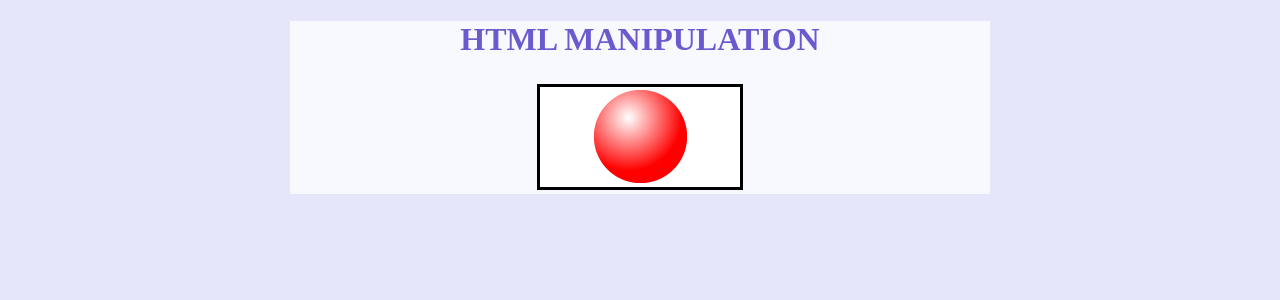
Repository: 2001mariana/jquery
Page: html-manipulation.html
These files come from the project's save history. The page is drawn as it stood at one moment and after the next save; the edit follows.
The browser window is 1280 px wide. The pictures show the whole page.

Above is the page before, as saved 2022-07-27 10:20:21.

After the next save:
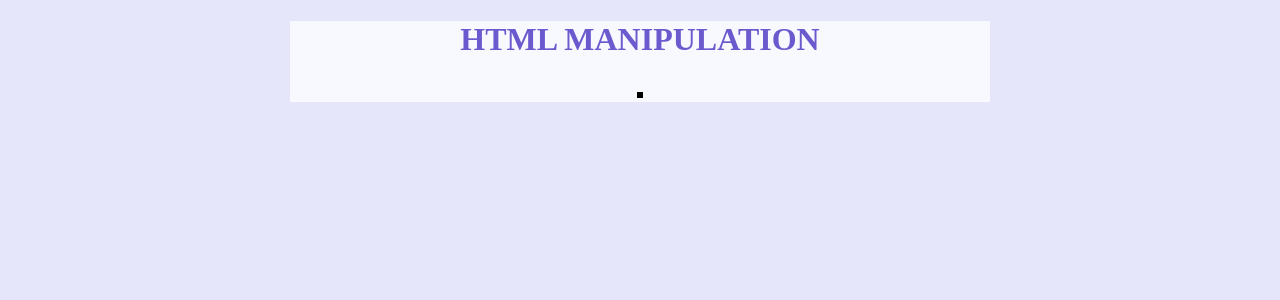
Saved 7 s later.
--- a/html-manipulation.html
+++ b/html-manipulation.html
@@ -26,7 +26,7 @@ $("div#page-size").css("margin", "auto")
 console.log($('img').attr('src'))
 
 //substituindo a imagem 1 pela imagem 2:
-$('img').attr('src')
+$('img').attr('src', '')
 
 //$('img').attr('style', 'background-color: blue; width: 200px; height: 200px')
 </script>
